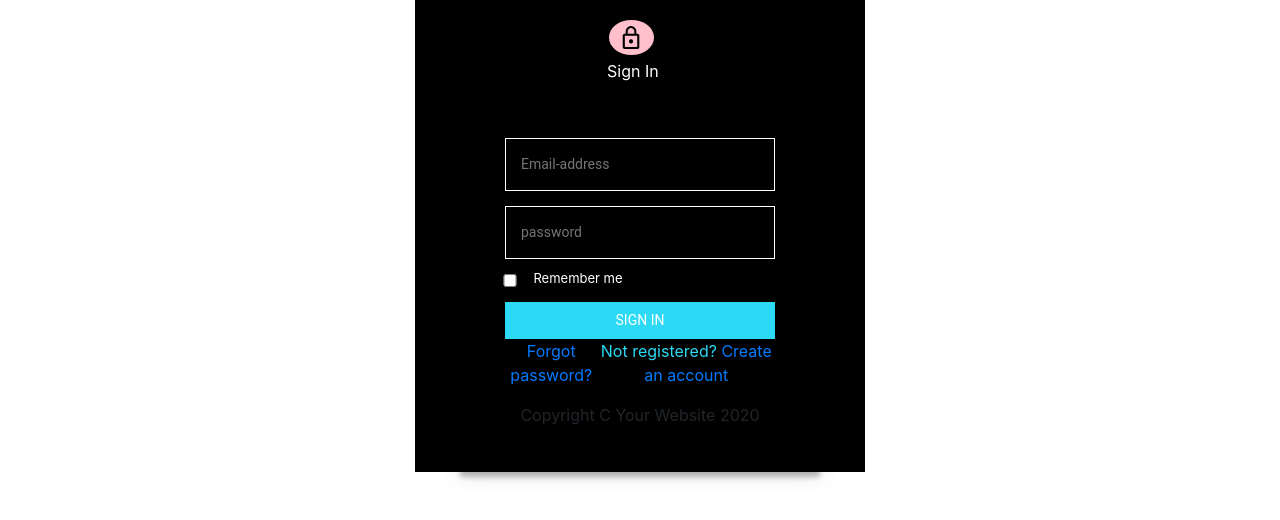
Repository: andbilous/cursor-styled-components
Page: /sign-in
These files come from the project's save history. The page is drawn as it stood at one moment and after the next save; the edit follows.
The browser window is 1280 px wide. The pictures show the whole page.
The project was rebuilt for these pictures with package versions that can differ from the ones it lists, and the page was loaded fresh each time. Also part of the build but not shown: src/App.css, src/components/SignUpForm.jsx.

Above is the page before, as saved 2020-04-19 16:27:43.

### src/App.js
import React from 'react';
import {
  BrowserRouter as Router,
  Switch,
  Route,
  Link
} from "react-router-dom";
import './App.css';
import SignInForm from './components/SignInForm';
import SignUpForm from './components/SignUpForm';

function App() {
  return (
   <Router>
      <Switch>
          <Route exact path="/sign-in">
            <SignInForm />
          </Route>
          <Route path="/sign-up">
            <SignUpForm />
          </Route>
        </Switch>
   </Router>
  );
}

export default App;

### src/components/SignInForm.jsx
import React from 'react';
import styled from "styled-components";

const SignInFormStyles=styled.div`
*{
  box-sizing: border-box;
}
.login-page {
  width: 450px;
  margin: auto;
  background: #000;
}
.form {
  position: relative;
  z-index: 1;
  max-width: 360px;
  margin: 0 auto;
  margin-top:10px;
  padding: 45px;
  text-align: center;
  box-shadow: 0 0 20px 0 rgba(0, 0, 0, 0.2), 0 5px 5px 0 rgba(0, 0, 0, 0.24);
}
.form input {
  font-family: "Roboto", sans-serif;
  outline: 0;
  border: 1px solid #fff;
  background:transparent;
  width: 100%;
  margin: 0 0 15px;
  padding: 15px;
  font-size: 14px;
}
.form input[type="checkbox"]{
  transform: translateX(-85px);
}
.form button {
  font-family: "Roboto", sans-serif;
  text-transform: uppercase;
  outline: 0;
  background: #2cdaf5;
  width: 100%;
  border: 0;
  padding: 8px;
  color: #FFFFFF;
  font-size: 14px;
  -webkit-transition: all 0.3 ease;
  transition: all 0.3 ease;
  cursor: pointer;
}
.form button:hover,.form button:active,.form button:focus {
  background: #43A047;
}
.form .message {
  margin: 15px 0 0;
  color: #b3b3b3;
  font-size: 12px;
}
.form .message a {
  color: #4CAF50;
  text-decoration: none;
}
.container {
  position: relative;
  z-index: 1;
  max-width: 300px;
  margin: 0 auto;
}
.container:before, .container:after {
  content: "";
  display: block;
  clear: both;
}
.container .info {
  margin: 50px auto;
  text-align: center;
}
.container .info h1 {
  margin: 0 0 15px;
  padding: 0;
  font-size: 36px;
  font-weight: 300;
  color: #1a1a1a;
}
.container .info span {
  color: #4d4d4d;
  font-size: 12px;
}
.container .info span a {
  color: #000000;
  text-decoration: none;
}
.container .info span .fa {
  color: #EF3B3A;
}
body {
  background: #76b852; /* fallback for old browsers */
  background: -webkit-linear-gradient(right, #76b852, #8DC26F);
  background: -moz-linear-gradient(right, #76b852, #8DC26F);
  background: -o-linear-gradient(right, #76b852, #8DC26F);
  background: linear-gradient(to left, #76b852, #8DC26F);
  font-family: "Roboto", sans-serif;
  -webkit-font-smoothing: antialiased;
  -moz-osx-font-smoothing: grayscale;
}
.links{
  display:flex
}
.remember{
color:#fff;
}
.additional{
 color: #2cdaf5;
}
.img-container{
  background: pink;
  border-radius: 50%;
  width:10%;
  transform: translateY(20px);
  margin-left: 43%;
}
img{
  margin: 6px 11px;
  width: 50%;
}
.image-label{
  display:block;
  color:#fff;
  margin-left: 12rem;
  margin-top: 1.5rem;
}
.label-remember{
  display: inline-block;
  margin-bottom: .5rem;
  transform: translateX(-152px);
  font-size: 13px;
  width: 50%;
  margin-top: -5px;
}
`


const SignInForm =() =>{
  return (
    <SignInFormStyles>
<div class="login-page">
  <div class='img-container'>
    <img src={require('../assets/padlock.png')}/>
    </div>
    <span class='image-label'>Sign In</span>

  <div class="form">
    <form class="login-form">
    <input type="text" placeholder="Email-address"/>
      <input type="password" placeholder="password"/>
      <div class='links remember'><input type="checkbox"/><label class='label-remember'>Remember me</label></div>
     <button>Sign In</button>
     <div class='links additional'>
     <p><a href="#">Forgot password?</a></p>
       <p>Not registered? <a href="#">Create an account</a></p>
       </div>
       <footer>
       <span>Copyright C Your Website 2020</span>
       </footer>

    </form>
  </div>
</div>
    </SignInFormStyles>

  )
}


export default  SignInForm;

Loaded but not shown: public/index.html (common file); src/index.js (common file); src/index.css (common file); src/serviceWorker.js (common file)

After the next save:
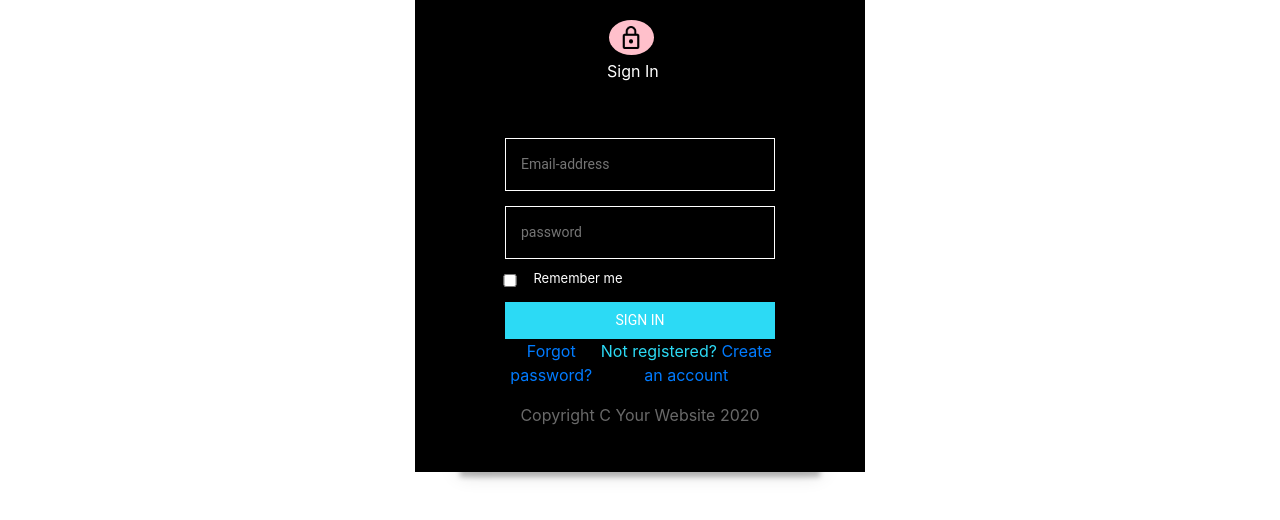
Saved 74 s later.
--- a/src/components/SignInForm.jsx
+++ b/src/components/SignInForm.jsx
@@ -136,6 +136,9 @@ img{
   width: 50%;
   margin-top: -5px;
 }
+footer{
+  color: dimgrey;
+}
 `
 
 
